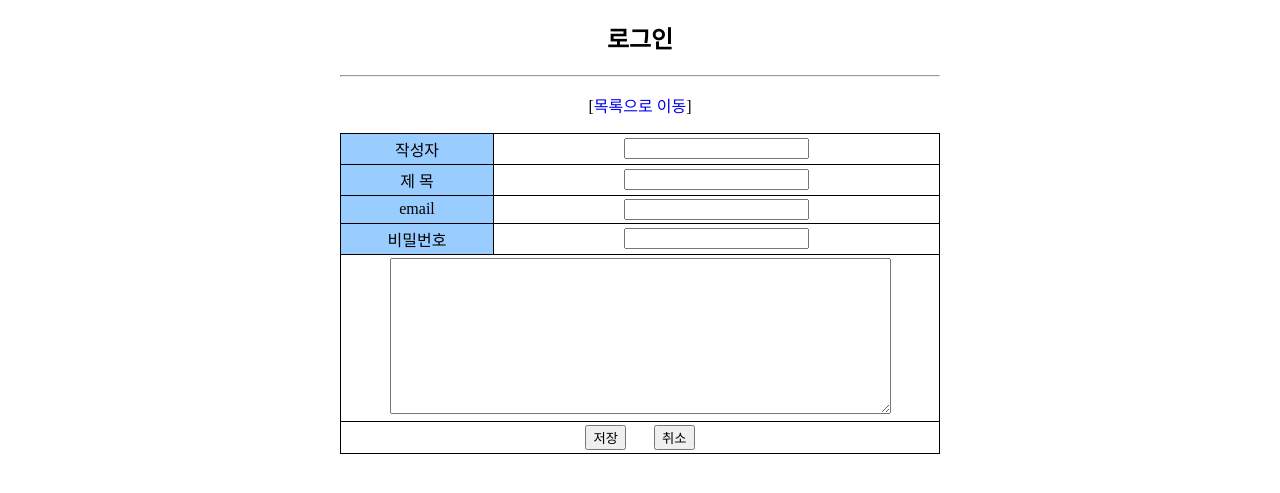
Repository: hagjun/jspstudy
Page: http://localhost/01_servlet/guestbook/login.jsp
These files come from the project's save history. The page is drawn as it stood at one moment and after the next save; the edit follows.
The browser window is 1280 px wide. The pictures show the whole page.
The page is served by Tomcat 9. Other server files are loaded and not shown.

Above is the page before, as saved 2024-03-08 02:59:05.

### 01_servlet/src/main/webapp/guestbook/login.jsp
<%@ page language="java" contentType="text/html; charset=UTF-8"
    pageEncoding="UTF-8"%>
<!DOCTYPE html>
<html>
<head>
<meta charset="UTF-8">
<title> 방 명 록 </title>
<script type="text/javascript">
	function save_go(f) {
		// 검사
		f.action = "/01_servlet/Guest";
		f.submit();
	}
</script>
<style type="text/css">
	a { text-decoration: none;}
	table{width: 600px; border-collapse:collapse; text-align: center;}
	table,th,td{border: 1px solid black; padding: 3px}
	div{width: 600px; margin:auto; text-align: center;}
</style>


</head>
<body>
	<div>
		<h2>로그인</h2>
		<hr />
		<p>[<a href="/01_servlet/Guest?cmd=list">목록으로 이동</a>]</p>
		<form method="post">
			<table>
				<tr align="center">
					<td bgcolor="#99ccff">작성자</td>
					<td><input type="text" name="name" size ="20"/></td>
				</tr>
				<tr align="center">
					<td bgcolor="#99ccff">제  목</td>
					<td><input type="text" name="subject" size ="20"/></td>
				</tr>
				<tr align="center">
					<td bgcolor="#99ccff">email</td>
					<td><input type="text" name="email" size ="20"/></td>
				</tr>
				<tr align="center">
					<td bgcolor="#99ccff">비밀번호</td>
					<td><input type="password" name="pwd" size ="20"/></td>
				</tr>
				<tr align="center">
					<td colspan="2">
						<textarea rows="10" cols="60" name="content"></textarea>
					</td>
				</tr>
				<tfoot>
					<tr align="center">
						<td colspan="2">
							<input type="hidden" name="cmd" value="write_ok">
							<input type="button" value="저장"   onclick="save_go(this.form)" />
							&nbsp;&nbsp;&nbsp;&nbsp;&nbsp;
							<input type="reset" value="취소" />
						</td>
					</tr>
				</tfoot>
			</table>
		</form>
	</div>
</body>
</html>

After the next save:
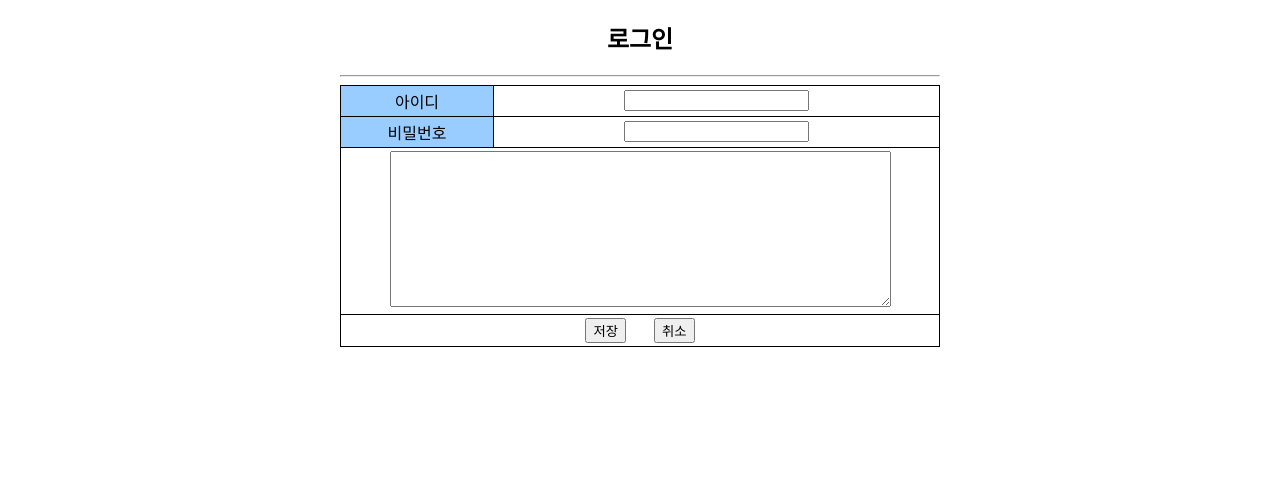
Saved 22 s later.
--- a/01_servlet/src/main/webapp/guestbook/login.jsp
+++ b/01_servlet/src/main/webapp/guestbook/login.jsp
@@ -25,20 +25,11 @@
 	<div>
 		<h2>로그인</h2>
 		<hr />
-		<p>[<a href="/01_servlet/Guest?cmd=list">목록으로 이동</a>]</p>
 		<form method="post">
 			<table>
 				<tr align="center">
-					<td bgcolor="#99ccff">작성자</td>
+					<td bgcolor="#99ccff">아이디</td>
 					<td><input type="text" name="name" size ="20"/></td>
-				</tr>
-				<tr align="center">
-					<td bgcolor="#99ccff">제  목</td>
-					<td><input type="text" name="subject" size ="20"/></td>
-				</tr>
-				<tr align="center">
-					<td bgcolor="#99ccff">email</td>
-					<td><input type="text" name="email" size ="20"/></td>
 				</tr>
 				<tr align="center">
 					<td bgcolor="#99ccff">비밀번호</td>
